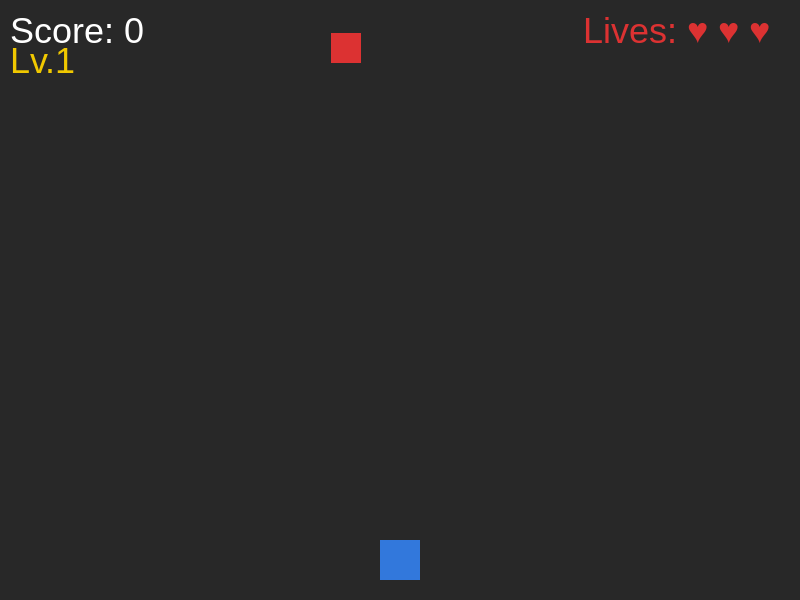
Repository: oyoeys/20260188
Script's output: python dodger.py
The author's editor kept a copy of each file at every save. The script's output is drawn from the files as they stood at one save, then again after the next save.
The window is shown after at most 60 frames with no key pressed. A system font it names is replaced by a similar one. Random numbers start from a fixed seed.

Above is the script's output before, as saved 2026-04-08 00:48:21.

After the next save:
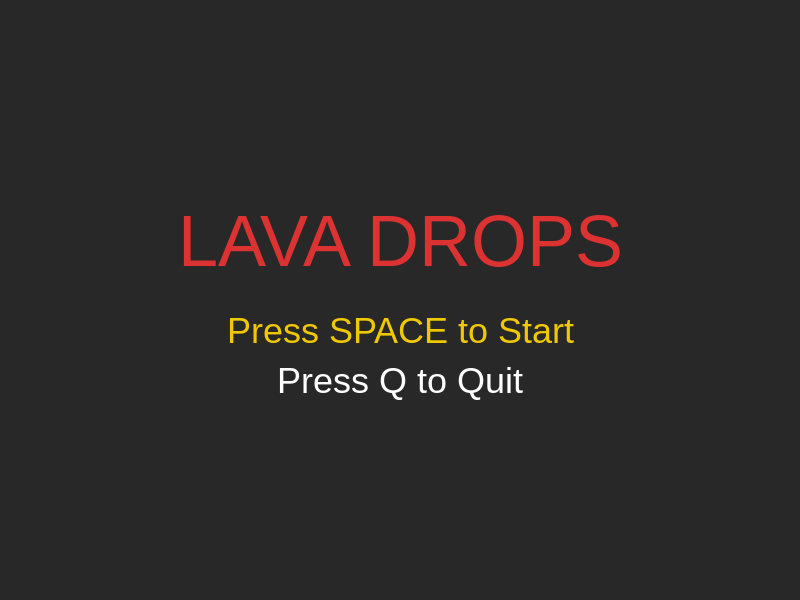
Saved 9 min 34 s later.
--- a/dodger.py
+++ b/dodger.py
@@ -63,6 +63,38 @@ LEVELS = [
 
 PLAYER_W, PLAYER_H = 40, 40
 ENEMY_W,  ENEMY_H  = 30, 30
+
+# --- 메인 메뉴 화면 ---
+def main_menu():
+    global screen
+    screen.fill(GRAY)
+
+    cx = screen.get_width() // 2
+    cy = screen.get_height() // 2
+
+    title_text = font_big.render("LAVA DROPS", True, RED)
+    start_text = font.render("Press SPACE to Start", True, YELLOW)
+    quit_text = font.render("Press Q to Quit", True, WHITE)
+
+    screen.blit(title_text, title_text.get_rect(center=(cx, cy - 60)))
+    screen.blit(start_text, start_text.get_rect(center=(cx, cy + 30)))
+    screen.blit(quit_text, quit_text.get_rect(center=(cx, cy + 80)))
+
+    pygame.display.flip()
+
+    while True:
+        clock.tick(FPS)
+        for e in pygame.event.get():
+            if e.type == pygame.QUIT:
+                return False
+            if e.type == pygame.VIDEORESIZE:
+                screen = pygame.display.set_mode((e.w, e.h), pygame.RESIZABLE)
+                return main_menu() # 창 크기 변하면 다시 그리기
+            if e.type == pygame.KEYDOWN:
+                if e.key == pygame.K_SPACE:
+                    return True # 스페이스 누르면 게임 시작 신호 보냄
+                if e.key == pygame.K_q:
+                    return False # Q 누르면 종료
 
 def draw_hud(surface, display_score, level_cfg, lives, current_phase):
     surface.blit(font.render(f"Score: {display_score}", True, WHITE), (10, 10))
@@ -123,7 +155,7 @@ def main():
     level_idx = 0
     level_cfg = LEVELS[level_idx]
     invincible = 0
-    last_phase = 0 # 페이즈 변경 체크용
+    last_phase = 0
 
     v_spawn_timer = 0
     h_spawn_timer = 0
@@ -153,11 +185,9 @@ def main():
         width_ratio = max(0.1, sw / DEFAULT_WIDTH)
         height_ratio = max(0.1, sh / DEFAULT_HEIGHT)
 
-        # --- 레벨 계산 (지진 효과 없음) ---
         level_idx = min(display_score // SCORE_PER_LEVEL, len(LEVELS) - 1)
         level_cfg = LEVELS[level_idx]
 
-        # --- 페이즈 계산 및 지진 효과 처리 ---
         current_phase = 0
         if display_score >= PHASE_ENDLESS_THRESHOLD:
             current_phase = 4
@@ -172,8 +202,8 @@ def main():
             last_phase = current_phase
             enemies.clear()
             lasers.clear()
-            shake_timer = 60 # 페이즈 전환이니 1초(60프레임) 동안 길게 흔들기
-            shake_magnitude = 30 # 진도 상승!
+            shake_timer = 60
+            shake_magnitude = 30
 
         is_phase_mid = current_phase >= 1
         is_phase_late = current_phase >= 2
@@ -228,7 +258,6 @@ def main():
         endless_speed_bonus = (display_score - PHASE_ENDLESS_THRESHOLD) * 0.05 if is_phase_endless else 0
 
         if shake_timer <= 0:
-            # 1. 상단 스폰
             v_spawn_timer += 1
             base_v_spawn = level_cfg["spawn"]
             if is_phase_last:
@@ -250,7 +279,6 @@ def main():
                     "score_value": 1.0 / width_ratio
                 })
 
-            # 2. 좌우 스폰
             if is_phase_late:
                 h_spawn_timer += 1
                 base_h_spawn = level_cfg["spawn"] * 2
@@ -267,7 +295,6 @@ def main():
                     else:
                         enemies.append({"rect": pygame.Rect(sw, y, ENEMY_W, ENEMY_H), "speed_x": -speed, "speed_y": 0, "score_value": 1.0 / height_ratio})
 
-            # 3. 하단 역류 스폰
             if is_phase_last:
                 b_spawn_timer += 1
                 base_b_spawn = level_cfg["spawn"] * 2
@@ -281,7 +308,6 @@ def main():
 
                     enemies.append({"rect": pygame.Rect(x, sh, ENEMY_W, ENEMY_H), "speed_x": 0, "speed_y": -speed, "score_value": 1.0 / width_ratio})
 
-            # 레이저 스폰
             if is_phase_mid:
                 laser_spawn_timer += 1
                 if laser_spawn_timer >= LASER_SPAWN_INTERVAL and len(lasers) < MAX_ACTIVE_LASERS:
@@ -416,10 +442,18 @@ def main():
 
         pygame.display.flip()
 
+# 실행 흐름 제어 (메뉴 -> 게임 -> 게임오버 -> 반복)
 if __name__ == "__main__":
     while True:
+        # 1. 메인 메뉴 실행
+        start_game = main_menu()
+        if not start_game: # 메인 메뉴에서 Q를 누르거나 창을 닫으면 종료
+            break
+
+        # 2. 게임 실행
         restart = main()
-        if not restart:
+        if not restart:  # 게임오버 창에서 Q를 누르거나 창을 닫으면 종료
             break
+
     pygame.quit()
     sys.exit()
